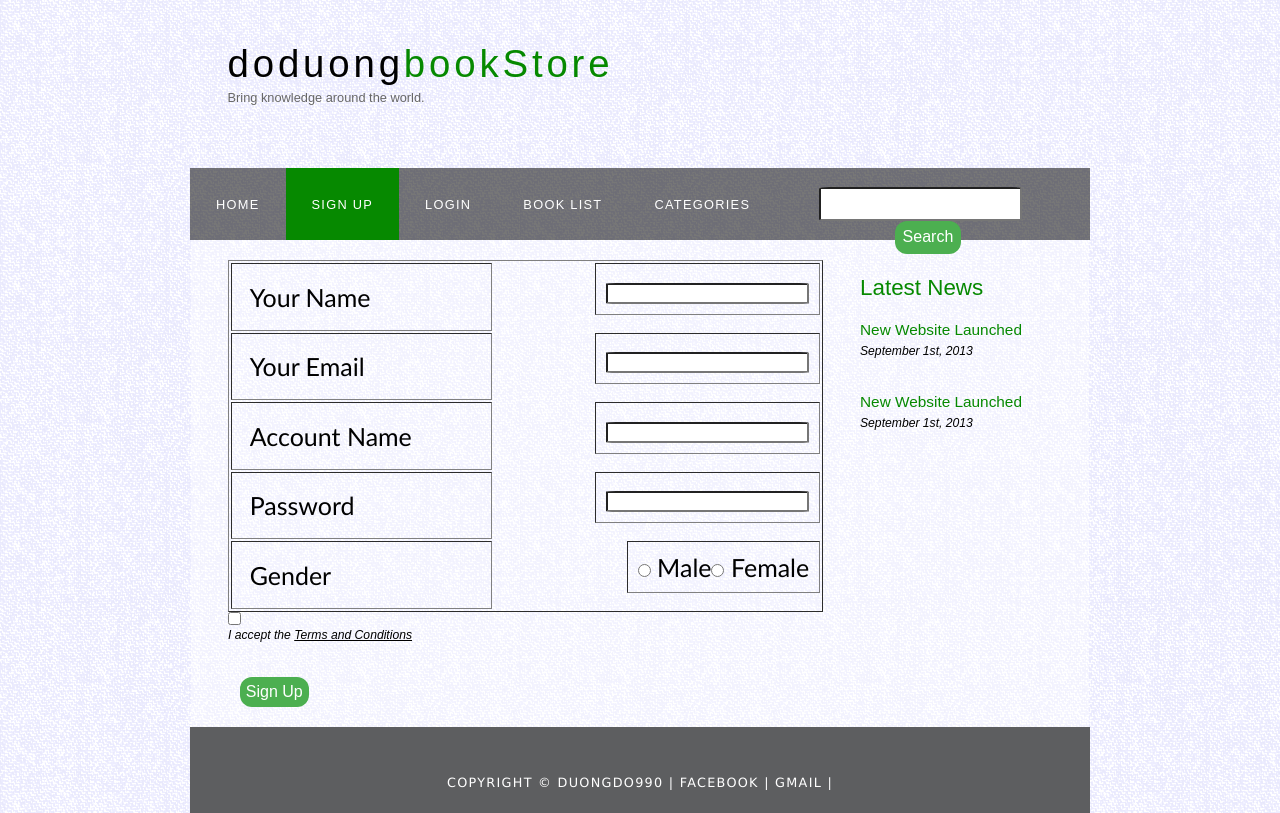
Repository: ngttuyen/JavaWeb
Page: http://localhost/MyWebsite/signup.jsp
An editor plug-in stored every save of this project. The page is shown before and after the next save, followed by the edit.
The browser window is 1280 px wide. The pictures show the whole page.
The page is served by Tomcat 9. Other server files are loaded and not shown.

Above is the page before, as saved 2019-06-01 12:53:47.

### MyWebsite/WebContent/signup.jsp
<%@page contentType="text/html" pageEncoding="utf-8"%>
<%@ include file="includes/head.jsp"%>
<body>
	<div id="main">
		<div id="header">
			<div id="logo">
				<div id="logo_text">
					<!-- class="logo_colour", allows you to change the colour of the text -->
					<h1>
						<a href="index.jsp">doduong<span class="logo_colour">bookStore</span></a>
					</h1>
					<h2>Bring knowledge around the world.</h2>
				</div>
			</div>
			<div id="menubar">
				<ul id="menu">
					<!-- put class="selected" in the li tag for the selected page - to highlight which page you're on -->
					<li><a href="index.jsp">Home</a></li>
					<li class="selected"><a href="signup.jsp">Sign Up</a></li>
					<li><a href="login.jsp">Login</a></li>
					<li><a href="book.jsp">Book List</a></li>
					<li><a href="categories.jsp">Categories</a></li>
				</ul>
				<form method="get" action="" id="searchForm">
					<input type="text" name="search" class="styled-input">
					<button class="button">Search</button>
				</form>
			</div>

		</div>
		<div id="site_content">
			<%@ include file="/includes/sidebar.jsp"%>
			<div id="content">
				<!-- -------------------------your code here---------------------- --->
				<form>
					<table border="1">
						<tr>
							<td><label>Your Name</label></td>
							<td class="right"><input type="text" name="name" class="styled-input"></td>
						</tr>
						<tr>
							<td><label>Your Email</label></td>
							<td class="right"><input type="text" name="email" class="styled-input"></td>
						</tr>
						<tr>
							<td><label>Account Name</label></td>
							<td class="right"><input type="text" name="id" class="styled-input"></td>
						</tr>
						<tr>
							<td><label>Password</label></td>
							<td class="right"><input type="password" name="pw" class="styled-input"></td>
						</tr>
						<tr>
							<td><label>Gender</label></td>
							<td class="right"><input class="gender-radio" type="radio" name="gender" value="male">
								Male<input class="gender-radio" type="radio" name="gender" value="female">
								Female</td>
						</tr>
					</table>
					<input type="checkbox" required name="terms"><h5>I accept the <u>Terms and Conditions</u></h5></p>
				</form>
				<button class="button">Sign Up</button>






				<!-- -------------------------your code here---------------------- --->
			</div>
		</div>
		<div id="footer">
			<!---footer here --->
			<%@ include file="/includes/footer.jsp"%>
		</div>
	</div>
</body>
</html>

### MyWebsite/WebContent/includes/head.jsp
<%@page contentType="text/html" pageEncoding="utf-8" %>
<!doctype html>
<html>

<head>
  <title>doduong's BookStore</title>
  <meta name="description" content="website description" />
  <meta name="keywords" content="website keywords, website keywords" />
  <meta http-equiv="content-type" content="text/html; charset=windows-1252" />
  <link rel="stylesheet"href="styles/style.css" title="style">
</head>

### MyWebsite/WebContent/includes/sidebar.jsp
<%@page contentType="text/html" pageEncoding="utf-8"%>
<div class="sidebar">
	<!-- insert your sidebar items here -->
	<h3>Latest News</h3>
	<h4>New Website Launched</h4>
	<h5>September 1st, 2013</h5>
	<p></p>
	<h4>New Website Launched</h4>
	<h5>September 1st, 2013</h5>
</div>

### MyWebsite/WebContent/includes/footer.jsp
<%@page contentType="text/html" pageEncoding="utf-8"%>
<div id="footer">
	Copyright &copy; duongdo990 | <a
		href="#">Facebook</a> | <a
		href="#">Gmail</a> |
</div>
</div>

### MyWebsite/WebContent/styles/style.css
html
{ height: 100%;}

*
{ margin: 0;
  padding: 0;}

body
{ font: normal .80em 'trebuchet ms', arial, sans-serif;
  background: #F0EFE2 url(../images/background.png) repeat;
  color: #777;}

p
{ padding: 0 0 20px 0;
  line-height: 1.7em;}

img
{ border: 0;}

h1, h2, h3, h4, h5, h6
{ font: normal 175% 'century gothic', arial, sans-serif;
  color: #068900;
  margin: 0 0 15px 0;
  padding: 15px 0 5px 0;}

h2
{ font: normal 175% 'century gothic', arial, sans-serif;
  color: #068900;}

h4, h5, h6
{ margin: 0;
  padding: 0 0 5px 0;
  font: normal 120% arial, sans-serif;
  color: #068900;}

h5, h6
{ font: italic 95% arial, sans-serif;
  padding: 0 0 15px 0;
  color: #000;}

h6
{ color: #362C20;}

a, a:hover
{ outline: none;
  text-decoration: underline;
  color: #FD5BFF;}

a:hover
{ text-decoration: none;}

.left
{ float: left;
  width: auto;
  margin-right: 10px;}

.right
{ float: right;
  width: auto;
  margin-left: 10px;}

.center
{ display: block;
  text-align: center;
  margin: 20px auto;}

blockquote
{ margin: 20px 0;
  padding: 10px 20px 0 20px;
  border: 1px solid #E5E5DB;
  background: #FFF;}

ul
{ margin: 2px 0 22px 17px;}

ul li
{ list-style-type: circle;
  margin: 0 0 6px 0;
  padding: 0 0 4px 5px;}

ol
{ margin: 8px 0 22px 20px;}

ol li
{ margin: 0 0 11px 0;}

#main, #logo, #menubar, #site_content, #footer
{ margin-left: auto;
  margin-right: auto;}

#header
{ height: 240px;}

#logo
{ width: 825px;
  position: relative;
  height: 168px;}

#logo #logo_text
{ position: absolute;
  top: 20px;
  left: 0;}

#logo h1, #logo h2
{ font: normal 300% 'century gothic', arial, sans-serif;
  border-bottom: 0;
  text-transform: none;
  margin: 0;}

#logo_text h1, #logo_text h1 a, #logo_text h1 a:hover
{ padding: 22px 0 0 0;
  color: #000;
  letter-spacing: 0.1em;
  text-decoration: none;}

#logo_text h1 a .logo_colour
{ color: #068900;}

#logo_text h2
{ font-size: 100%;
  padding: 4px 0 0 0;
  color: #676767;}

#menubar
{ width: 900px;
  height: 72px;
  padding: 0;
  background: transparent url(../images/transparent.png) repeat;}

ul#menu, ul#menu li
{ float: left;
  margin: 0;
  padding: 0;}

ul#menu li
{ list-style: none;}

ul#menu li a
{ letter-spacing: 0.1em;
  font: normal 100% arial, sans-serif;
  display: block;
  float: left;
  height: 37px;
  padding: 29px 26px 6px 26px;
  text-align: center;
  color: #FFF;
  text-transform: uppercase;
  text-decoration: none;
  background: transparent;}

ul#menu li a:hover, ul#menu li.selected a, ul#menu li.selected a:hover
{ color: #FFF;
  background: #068900;}

#site_content
{ width: 837px;
  overflow: hidden;
  margin: 0 auto 0 auto;
  padding: 20px 24px 20px 37px;
  background: transparent url(../images/transparent_light.png) repeat;}

.sidebar
{ float: right;
  width: 190px;
  padding: 0 15px 20px 15px;}

.sidebar ul
{ width: 178px;
  padding: 4px 0 0 0;
  margin: 4px 0 30px 0;}

.sidebar li
{ list-style: none;
  padding: 0 0 7px 0; }

.sidebar li a, .sidebar li a:hover
{ padding: 0 0 0 40px;
  display: block;
  background: transparent url(../images/link.png) no-repeat left center;}

.sidebar li a.selected
{ color: #444;
  text-decoration: none;}

#content
{ text-align: left;
  width: 595px;
  padding: 0;}

#content ul
{ margin: 2px 0 22px 0px;}

#content ul li
{ list-style-type: none;
  background: url(../images/bullet.png) no-repeat;
  margin: 0 0 6px 0;
  padding: 0 0 4px 25px;
  line-height: 1.5em;}

#footer
{ width: 900px;
  font: normal 100% 'lucida sans unicode', arial, sans-serif;
  height: 33px;
  padding: 24px 0 5px 0;
  text-align: center;
  background-color: #5d5e60;
  color: #FFF;
  text-transform: uppercase;
  letter-spacing: 0.1em;}

#footer a
{ color: #FFF;
  text-decoration: none;}

#footer a:hover
{ color: #FFF;
  text-decoration: underline;}

.search
{ color: #5D5D5D;
  border: 1px solid #BBB;
  width: 134px;
  padding: 4px;
  font: 100% arial, sans-serif;}

#colours
{ height: 0px;
  text-align: right;
  padding: 66px 16px 0px 300px;}
  /*-------------------------------------*/
.button {
  background-color: #4CAF50; /* Green */
  border: none;
  color: white;
  padding: 1% 1%;
  text-align: center;
  text-decoration: none;
  display: inline-block;
  font-size: 16px;
  border-radius: 12px;
  margin-left: 2%;
}
#searchForm{
  height: 37px;
  padding: 19px 26px 6px 10%;
  text-align: center;
  color: #FFF;
  text-transform: uppercase;
  text-decoration: none;
  background: transparent;
}
.styled-input {
	height: 80%;
	border-radius: 5%;
	font-size: 15px;
	border: 1% solid #068900;
	font-weigh: bold;
}
table{
	width: 100%;
	height: 100%;
	font-size: 25px;
	color: black;
}
td{
	padding: 3% 3% 3% 3%;
}
.right{
	margin: 0;
}

After the next save:
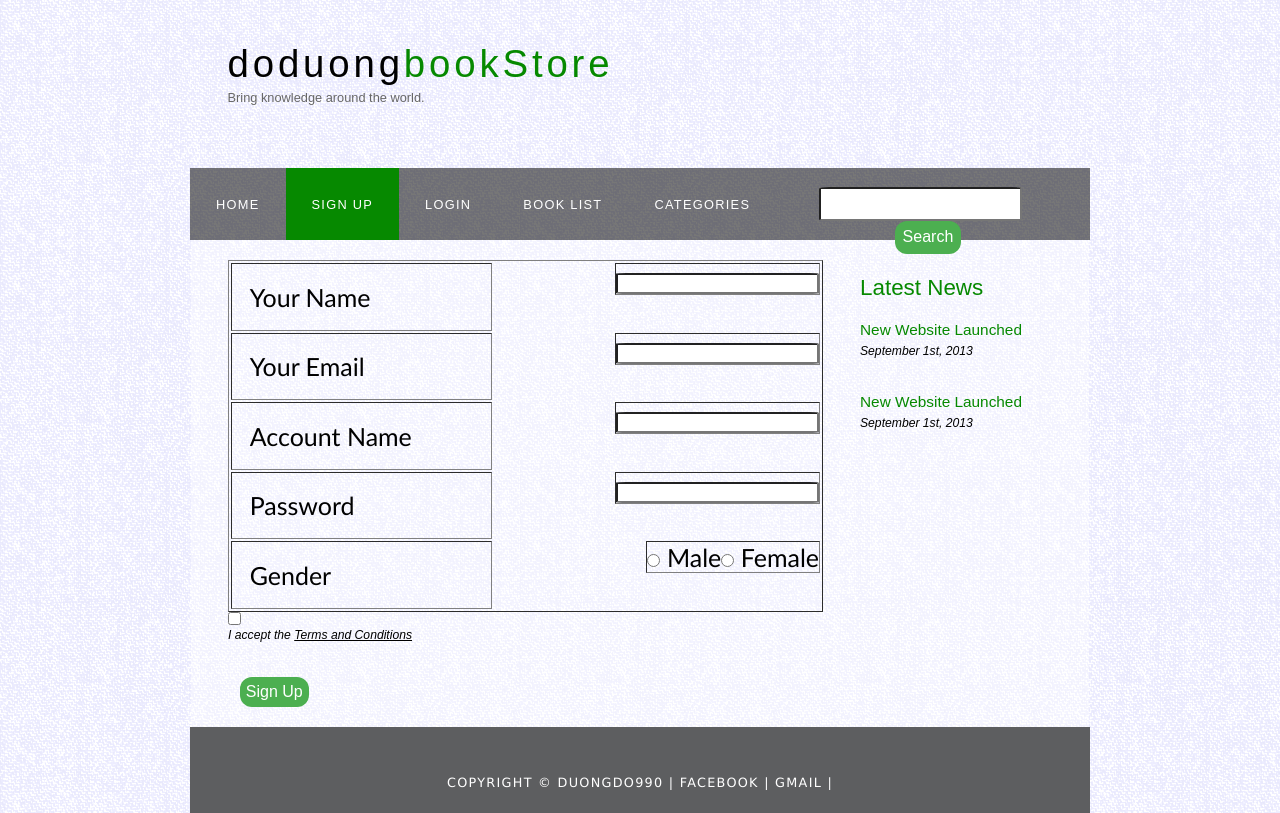
Saved 11 s later.
--- a/MyWebsite/WebContent/styles/style.css
+++ b/MyWebsite/WebContent/styles/style.css
@@ -266,5 +266,6 @@ td{
 	padding: 3% 3% 3% 3%;
 }
 .right{
+	padding: 0;
 	margin: 0;
 }
